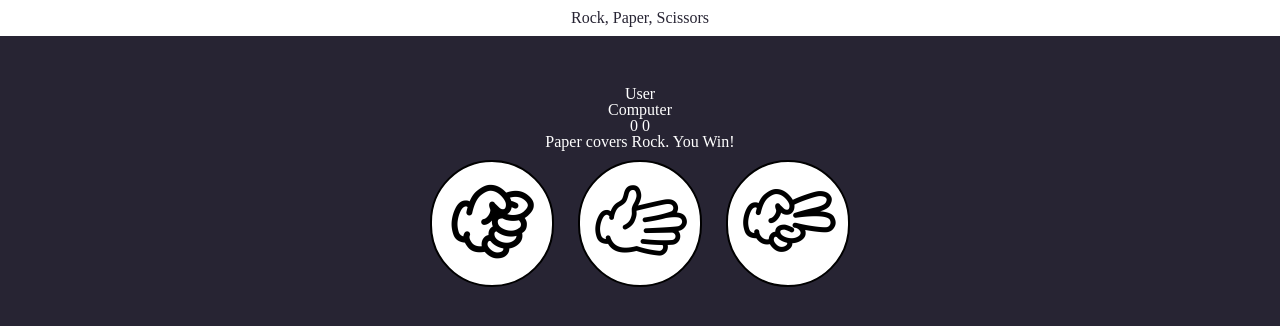
Repository: AndersonGuilherme/rock-paper-scissor-game-javascript
Page: index.html
The author's editor kept a copy of each file at every save. The page is drawn from the files as they stood at one save, then again after the next save.
The browser window is 1280 px wide. The pictures show the whole page.

Above is the page before, as saved 2019-01-12 23:04:50.

### index.html
<!DOCTYPE html>
<html lang="en">
  <head>
    <meta charset="UTF-8" />
    <meta name="viewport" content="width=device-width, initial-scale=1.0" />
    <meta http-equiv="X-UA-Compatible" content="ie=edge" />
    <title>Rocket.io</title>
    <link rel="stylesheet" href="./src/public/css/reset.css" />
    <link rel="stylesheet" href="./src/public/css/style.css" />
  </head>
  <body>
    <header id="header"><h1>Rock, Paper, Scissors</h1></header>
    <div class="score-board">
      <div id="user-label" class="badge">User</div>
      <div id="computer-label" class="badge">Computer</div>
      <span id="user-score">0</span> <span id="computer-score">0</span>
    </div>
    <div class="result"><h1>Paper covers Rock. You Win!</h1></div>
    <div class="choices">
      <div class="choice"><img src="./src/public/images/rock.png" alt="" /></div>
      <div class="choice"><img src="./src/public/images/paper.png" alt="" /></div>
      <div class="choice"><img src="./src/public/images/scissor.png" alt="" /></div>
    </div>
  </body>
</html>

### src/public/css/style.css
body{
    background-color: #272433;
    color: #fff;
    text-align: center;
}

#header{
    background-color: #fff;
    color: #272433;
    text-align: center;
    padding: 10px;
}

.score-board{
    margin-top: 50px;

}

#choices{
    display: inline;
}

.choice{
    display: inline-block;
    border: 2px solid #000;
    border-radius: 100px;
    text-align: center;
    max-width: 120px;
    background-color: #fff;
    margin: 10px
}

.choice>img{
    max-height: 100px;
    padding: 10px;
}

.choice:hover{
    background-color: #900;
}

Loaded but not shown: src/public/css/reset.css (common file)

After the next save:
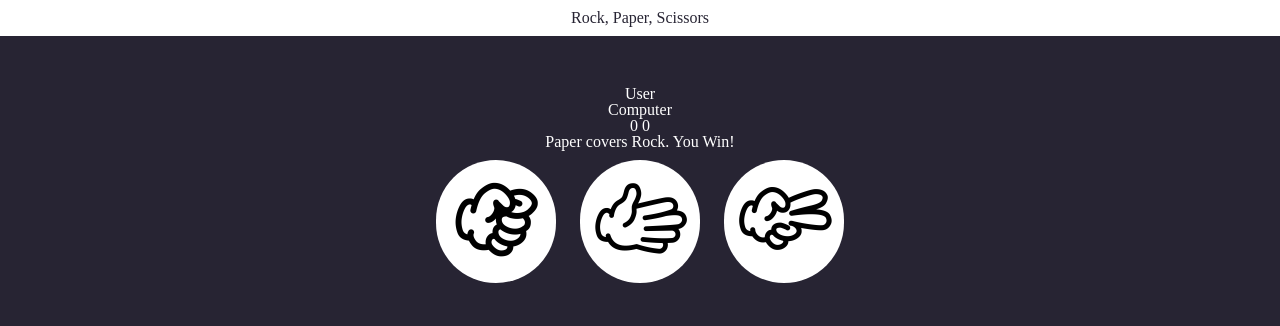
Saved 32 s later.
--- a/src/public/css/style.css
+++ b/src/public/css/style.css
@@ -22,7 +22,6 @@ body{
 
 .choice{
     display: inline-block;
-    border: 2px solid #000;
     border-radius: 100px;
     text-align: center;
     max-width: 120px;
